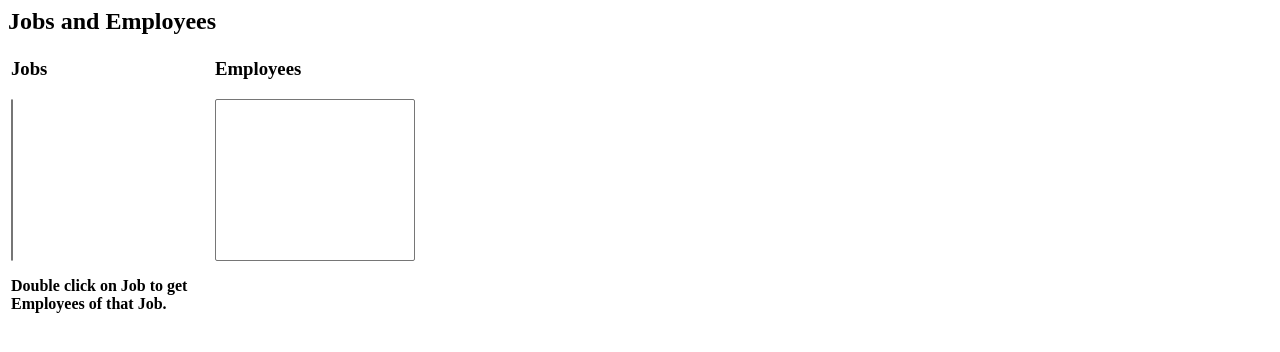
Repository: rejatavi/IntialCommit
Page: Web/WebContent/Jquery/jobs.html
An editor plug-in stored every save of this project. The page is shown before and after the next save, followed by the edit.
The browser window is 1280 px wide. The pictures show the whole page.

Above is the page before, as saved 2018-05-29 17:18:50.

After the next save:
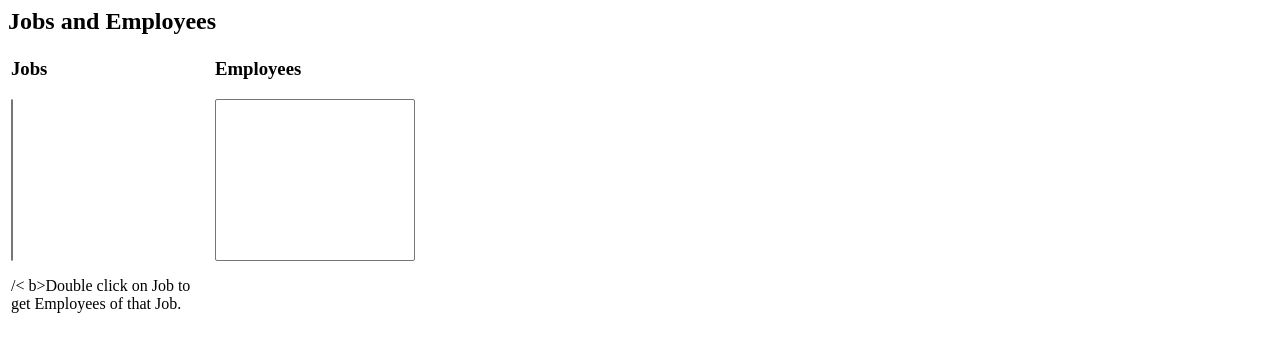
Saved 5 min 28 s later.
--- a/Web/WebContent/Jquery/jobs.html
+++ b/Web/WebContent/Jquery/jobs.html
@@ -38,7 +38,8 @@
 			<td valign="top" width="200px">
 				<h3>Jobs</h3> <select id="jobs" size="10"
 				ondblclick="getEmployees()"></select>
-			<p /> <b>Double click on Job to get Employees of that Job.</b>
+			<p /> <p>/<
+			b>Double click on Job to get Employees of that Job.</b>
 			</td>
 			<td valign="top" width="200px">
 				<h3>Employees</h3> <select id="employees" size="10"
